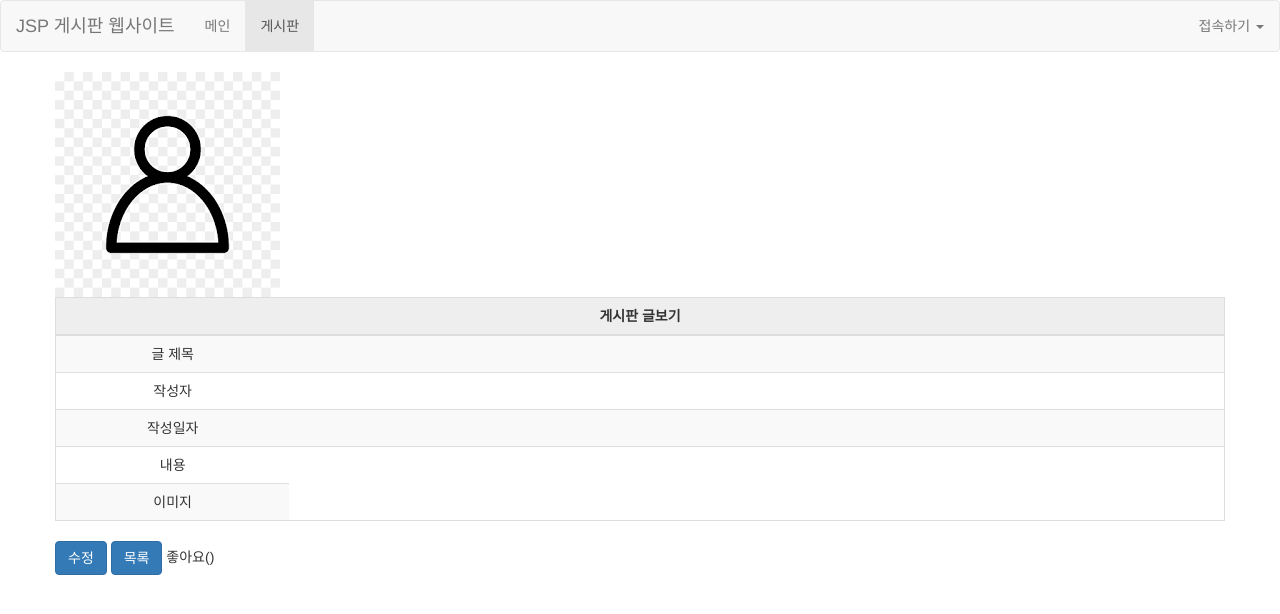
Repository: serendipity63/mychelin
Page: http://localhost/board/WEB-INF/views/detailform.jsp
An editor plug-in stored every save of this project. The page is shown before and after the next save, followed by the edit.
The browser window is 1280 px wide. The pictures show the whole page.
Some web libraries are served in a nearby version. The page is served by Tomcat 9. Nobody is signed in. Other server files are loaded and not shown. The template is opened directly, without the code that normally fills it, so the values that code supplies are empty.

Above is the page before, as saved 2024-01-11 00:27:28.

### board/src/main/webapp/WEB-INF/views/detailform.jsp
<%@ page language="java" contentType="text/html; charset=UTF-8"
	pageEncoding="UTF-8"%>
<%@ taglib prefix="c" uri="http://java.sun.com/jsp/jstl/core"%>
<c:set var="contextPath" value="${pageContext.request.contextPath }" />
<!DOCTYPE html>
<html>
<head>
<meta charset="UTF-8">
<meta http-equiv="Content-Type" content="text/html; charset=UTF-8">
<meta name="viewport" content="width=device-width" , initial-scale="1">
<link rel="stylesheet" type="text/css"
	href="${contextPath}/resources/static/css/bootstrap.css">
<script src="https://code.jquery.com/jquery-3.1.1.min.js"></script>
<script src="${contextPath}/resources/static/js/bootstrap.js"></script>
<title>JSP 게시판 사이트</title>

<script type="text/javascript">
	$(function() {
		$('#heart').click(function() {
			$.ajax({
				url : '${contextPath}/like',
				type : 'post',
				data : {
					'num' : '<c:out value= "${board.num}"/>'
				},
				success : function(res) {
					console.log(res);
					if (res==="true") {
						$("#heart").attr("src", "${contextPath}/resources/img/like.png")
						$("#likecount").text(+$("#likecount").text()+1);
					} else {
						$("#heart").attr("src", "${contextPath}/resources/img/unlike.png")
						$("#likecount").text(+$("#likecount").text()-1);
					}
				},
				error : function(err) {
					console.log(err);
				}
			})
		})
	})
</script>
</head>
<body>
	<nav class="navbar navbar-default">
		<div class="navbar-header">
			<button type="button" class="navbar-toggle collapsed"
				data-toggle="collapse" data-target="#bs-example-navbar-collapse-1"
				aria-expanded="false">
				<span class="icon-bar"></span> <span class="icon-bar"></span> <span
					class="icon-bar"></span>
			</button>
			<a class="navbar-brand" href="main">JSP 게시판 웹사이트</a>
		</div>
		<div class="collapse navbar-collapse"
			id="bs-example-navbar-collapse-1">
			<ul class="nav navbar-nav">
				<li><a href="main">메인</a></li>
				<li class="active"><a href="boardlist">게시판</a></li>
			</ul>
			<c:choose>

				<c:when test="${user eq Empty}">


					<ul class="nav navbar-nav navbar-right">
						<li class="dropdown"><a href="#" class="dropdown-toggle"
							data-toggle="dropdown" role="button" aria-haspopup="true"
							aria-expanded="false">접속하기 <span class="caret"></span>
						</a>
							<ul class="dropdown-menu">
								<li><a href="login">로그인</a></li>
								<li><a href="join">회원가입</a></li>
							</ul></li>
					</ul>

				</c:when>
				<c:otherwise>
					<ul class="nav navbar-nav navbar-right">
						<li class="dropdown"><a href="#" class="dropdown-toggle"
							data-toggle="dropdown" role="button" aria-haspopup="true"
							aria-expanded="false">회원관리 <span class="caret"></span>
						</a>
							<ul class="dropdown-menu">
								<li><a href="logout">로그아웃</a></li>
							</ul></li>
					</ul>
				</c:otherwise>
			</c:choose>
		</div>
	</nav>
	<div class="container" id="./writeForm">
		<div class="row">
			<input type="hidden" name="writer" value="${user.id }" />
			<table class="table table-striped"
				style="text-align: center; border: 1px solid #dddddd">
				<thead>
					<tr>
						<th colspan="3"
							style="background-color: #eeeeee; text-align: center">게시판
							글보기</th>
					</tr>
				</thead>
				<tbody>

					<tr>

						<td style="width: 20%;">글 제목</td>
						<td colspan="2">${board.subject }</td>
					</tr>
					<tr>

						<td>작성자</td>
						<td colspan="2">${board.writer }</td>
					</tr>
					<tr>

						<td>작성일자</td>
						<td colspan="2">${board.writedate }</td>
					</tr>
					<tr>
						<td>내용</td>
						<td colspan="2" style="min-height: 200px; text-align: left;">${board.content }</td>
					</tr>
					<tr>
					<td>이미지</td>
						<c:choose>
							<c:when test="${board.fileurl ne null}">
								<img src="${contextPath }/image/${board.fileurl}" width="100px"
									height="100px" />
							</c:when>
							<c:otherwise>
								<img src="${contextPath }/resources/img/basic.png" />
							</c:otherwise>
						</c:choose>
					</tr>
				</tbody>
			</table>
			<c:if test="${user.id eq board.writer }">
				<a href="${contextPath }/boardmodify/${board.num}/${page}"
				class="btn btn-primary">수정</a>
				</c:if>
			<a href="${contextPath }/boardlist?page=${page}" class="btn btn-primary">목록</a>
			좋아요(<span id="likecount">${board.likecount }</span>)&nbsp;&nbsp;
			<c:if test="${user ne Empty }">
				<c:choose>
					<c:when test="${select==true }">
						<img id="heart" src="${contextPath }/resources/img/like.png"
							width="20px" height="20px" />
					</c:when>
					<c:otherwise>
						<img id="heart" src="${contextPath }/resources/img/unlike.png"
							width="20px" height="20px" />
					</c:otherwise>
				</c:choose>
			</c:if>

		</div>

	</div>

</body>
</html>

Loaded but not shown: board/src/main/webapp/resources/static/css/bootstrap.css (library); board/src/main/webapp/resources/static/js/bootstrap.js (library)

After the next save:
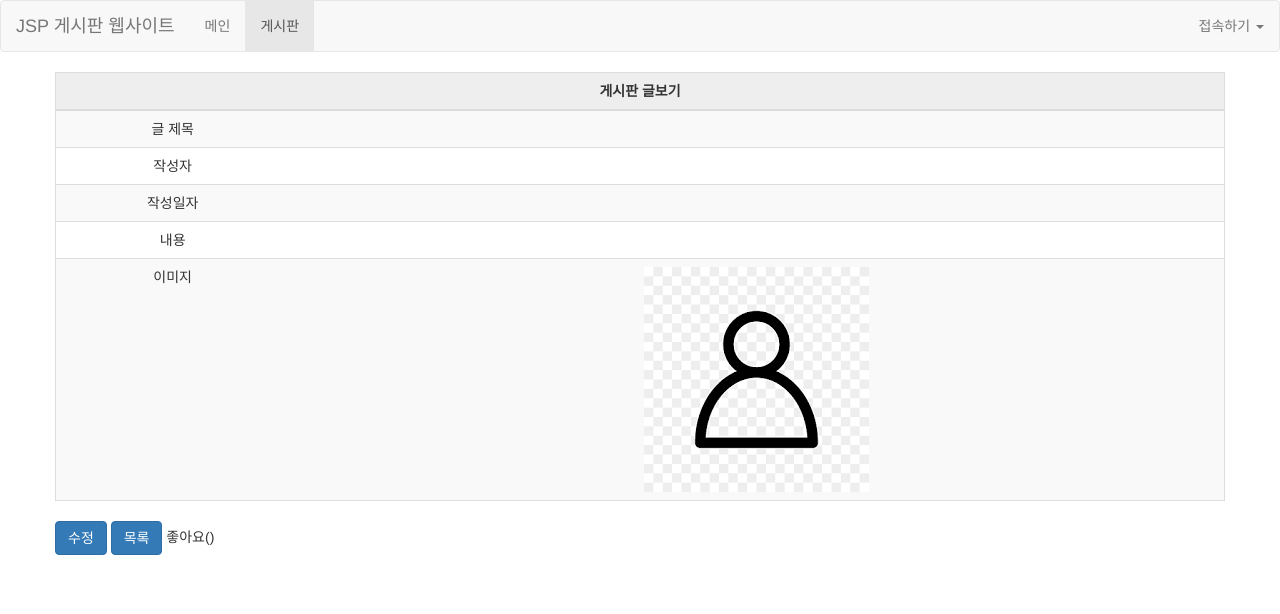
Saved 26 s later.
--- a/board/src/main/webapp/WEB-INF/views/detailform.jsp
+++ b/board/src/main/webapp/WEB-INF/views/detailform.jsp
@@ -124,6 +124,7 @@
 					</tr>
 					<tr>
 					<td>이미지</td>
+					<td colspan="2">
 						<c:choose>
 							<c:when test="${board.fileurl ne null}">
 								<img src="${contextPath }/image/${board.fileurl}" width="100px"

After the save that followed:
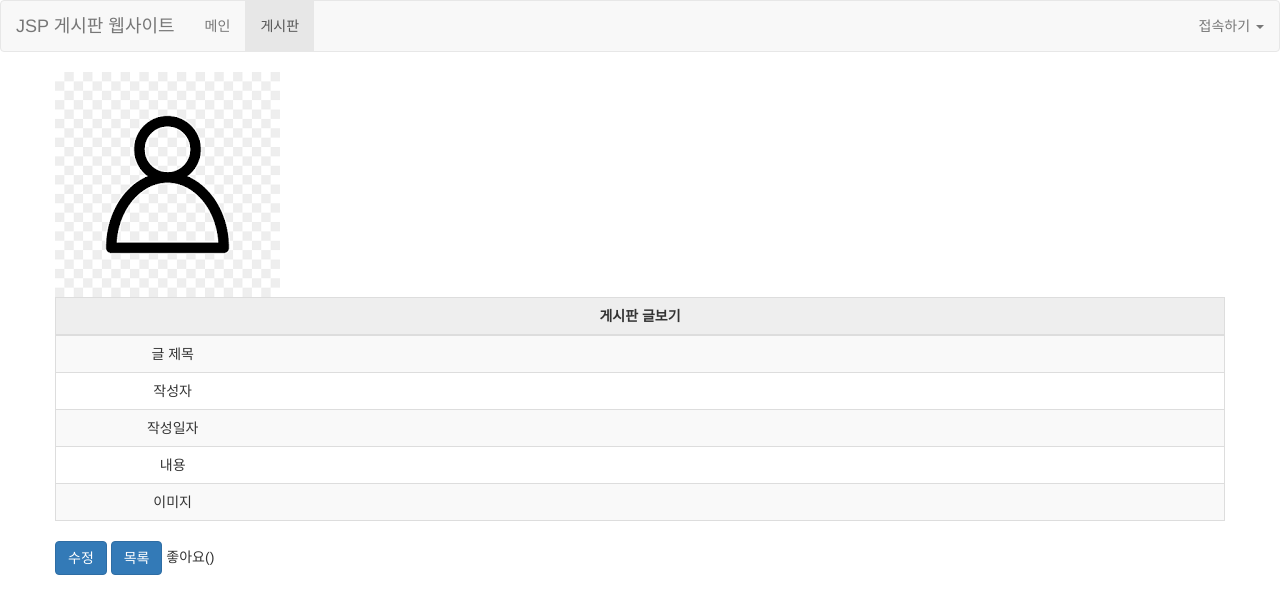
Saved 9 s later.
--- a/board/src/main/webapp/WEB-INF/views/detailform.jsp
+++ b/board/src/main/webapp/WEB-INF/views/detailform.jsp
@@ -124,7 +124,7 @@
 					</tr>
 					<tr>
 					<td>이미지</td>
-					<td colspan="2">
+						<td colspan="2" style="min-height: 200px; text-align: left;">${board.content }</td>
 						<c:choose>
 							<c:when test="${board.fileurl ne null}">
 								<img src="${contextPath }/image/${board.fileurl}" width="100px"
